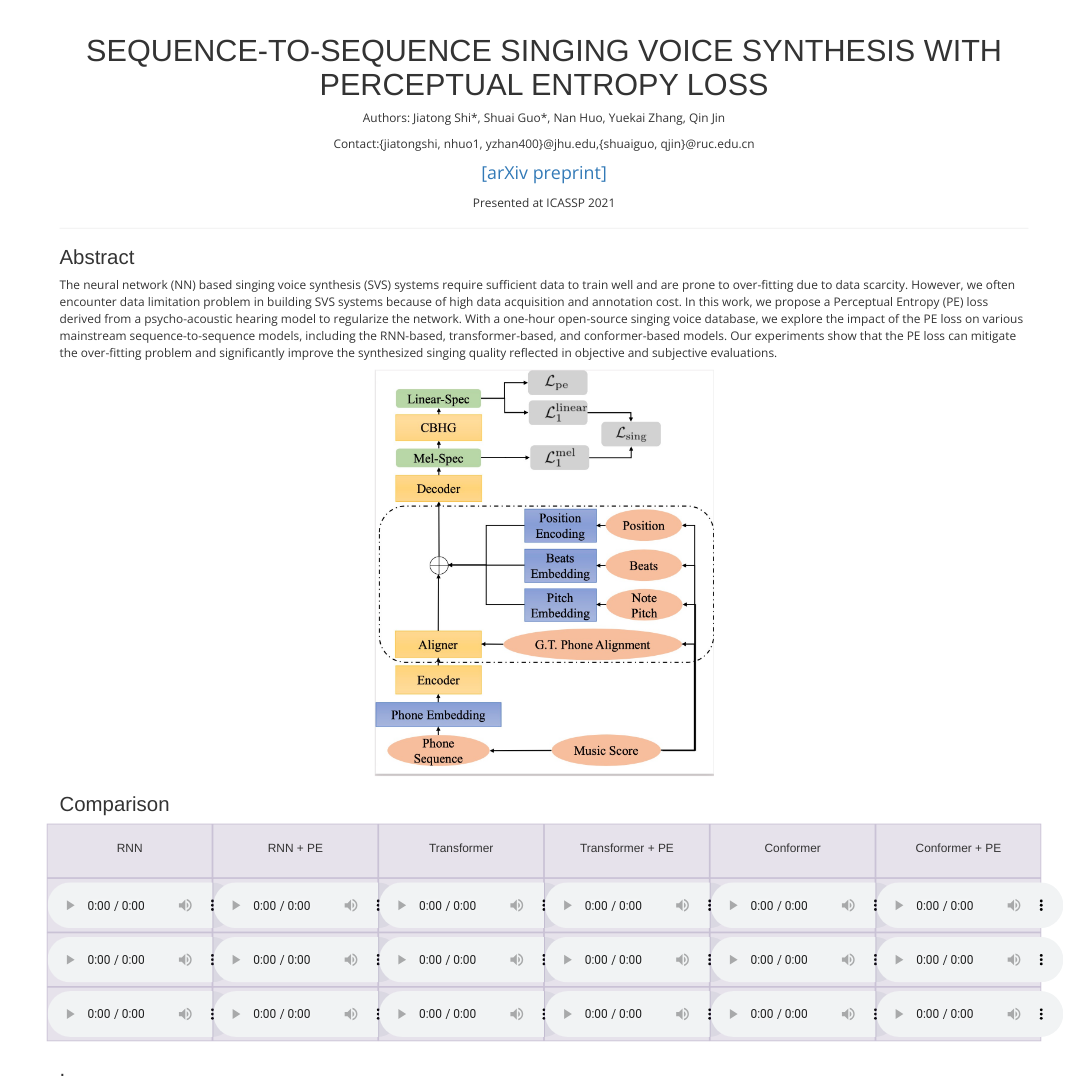
Repository: PeterGuoRuc/SVS_pe.github.io
Page: index.html
The author's editor kept a copy of each file at every save. The page is drawn from the files as they stood at one save, then again after the next save.
The browser window is 1280 px wide. The pictures show the whole page, at 85% of full size.

Above is the page before, as saved 2021-06-06 17:09:19.

After the next save:
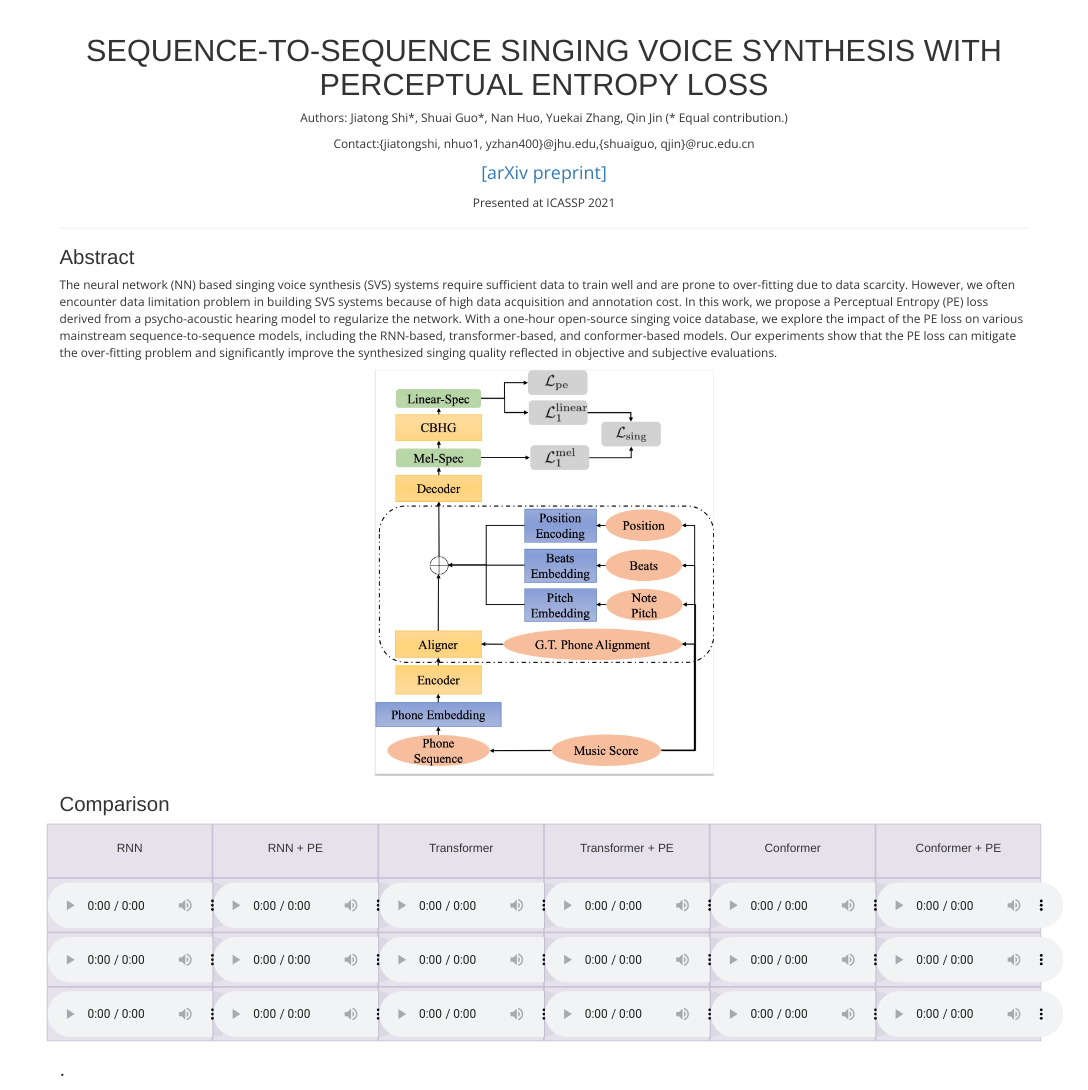
Saved 36 s later.
--- a/index.html
+++ b/index.html
@@ -43,7 +43,7 @@
           SEQUENCE-TO-SEQUENCE SINGING VOICE SYNTHESIS WITH PERCEPTUAL ENTROPY LOSS
         </h1>
         <p class="centered">
-          Authors: Jiatong Shi*, Shuai Guo*, Nan Huo, Yuekai Zhang, Qin Jin
+          Authors: Jiatong Shi*, Shuai Guo*, Nan Huo, Yuekai Zhang, Qin Jin (* Equal contribution.)
         </p>
         <p class="centered">
           Contact:{jiatongshi, nhuo1, yzhan400}@jhu.edu,{shuaiguo, qjin}@ruc.edu.cn
